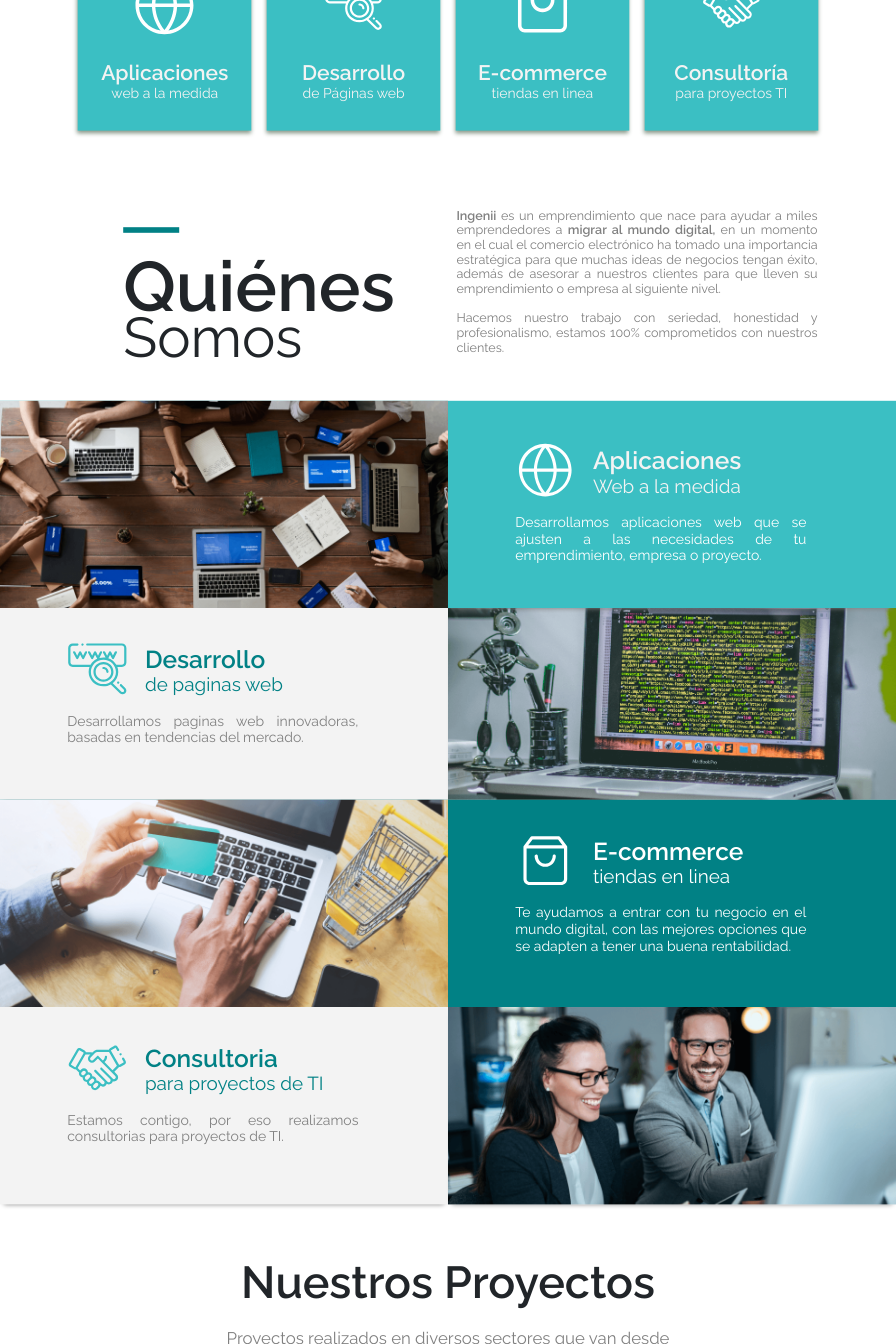
Repository: mariomr87/testwebpage
Page: index.html
An editor plug-in stored every save of this project. The page is shown before and after the next save, followed by the edit.
The browser window is 1280 px wide. The pictures show the part of the page from y = 621 to 2541 px (the page is 3597 px tall before and 3547 px after), at 70% of full size.
Some web libraries are served in a nearby version.

Above is the page before, as saved 2021-10-18 20:20:41.

After the next save:
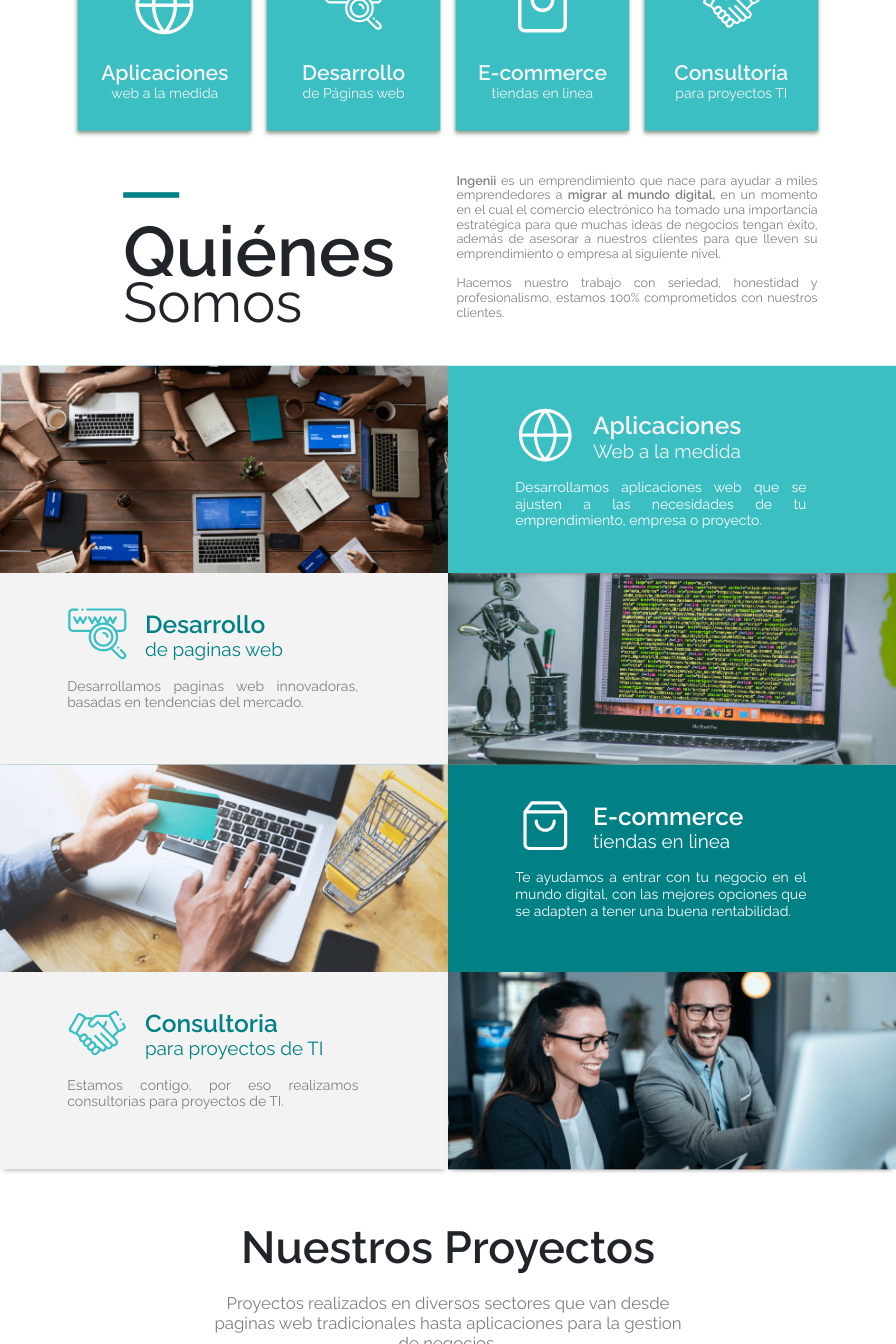
Saved 14 min 1 s later.
--- a/style.css
+++ b/style.css
@@ -243,7 +243,7 @@ body{
 .just-somos{
 	padding-left: 100px;
 	padding-right: 100px;
-	padding-top: 50px;
+	padding-top: 0;
 	padding-bottom: 50px;
 	line-height: initial;
 }
